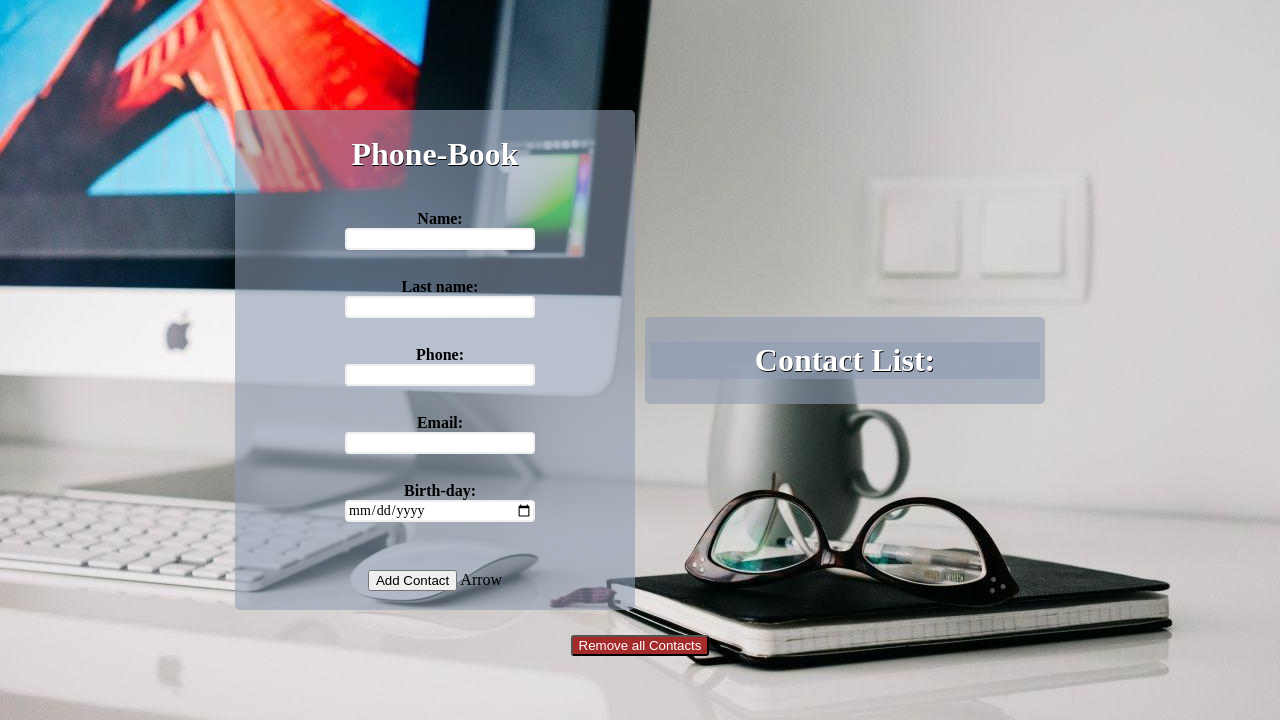
Repository: STA1357/Phone-book
Page: Inner.html
An editor plug-in stored every save of this project. The page is shown before and after the next save, followed by the edit.
The browser window is 1280 px wide. The pictures show the whole page.

Above is the page before, as saved 2020-12-12 17:37:37.

### Inner.html
<!DOCTYPE html>
<html lang="en">
<head>
    <meta charset="UTF-8">
    <meta name="viewport" content="width=device-width, initial-scale=1.0">
    <title>Phone Book</title>
    <link rel="stylesheet" href="./styles.css">
    <script src="./app.js"></script>
</head>
<body>
    <form action="#" method="POST" id="form" class="form">

        <header>
            <div class="header-title">
                <h1>Phone-Book</h1>
            </div>
        </header>

        <main>
            <div class="container">

                <div class="form-control">
                <label for="name">Name:</label>
                <input type="text" class="form-input" id="nameInput">
                <small>Field is required</small>
                </div>

                <div class="form-control">
                <label for="lname">Last name:</label>
                <input type="text" class="form-input" id="lnameInput">
                <small>Field is required</small>
                </div>

                <div class="form-control">
                <label for="tel">Phone:</label>
                <input type="text" class="form-input" id="telInput" class="tellinput">
                <small>Field is required</small>
                </div>


                <div class="form-control">
                <label for="email">Email:</label>
                <input type="email" class="form-input" id="emailInput">
                <small>Field is required</small>
                </div>


                <div class="form-control">
                <label for="birthname">Birth-day:</label>
                <input type="date" class="form-input" id="birthInput">
                <small>Field is required</small>
                </div>

            </div>

        </main>

        <div class="btn">
        <button type="submit" id="btnAdd">Add Contact</button>
        <a class="arrow">Arrow</a>
    </div>
    </form>
<div class="list-container">
    <h2 class="listTitle">Contact List:</h2>
    <ul id="users"></ul>
</div>

<div class="clearBook">
    <button id="clearBookBtn" class="clearBookBtn" onclick="removeAll()">Remove all Contacts</button>
</div>

</body>
</html>

### styles.css
*{
    box-sizing: border-box;

}

body{
    display: flex;
    flex-direction: row;
    align-items: center;
    justify-content: center;
    min-height: 100vh;
    margin: 0;
    background: url("./wp3990421-office-wallpapers.jpg") no-repeat fixed center center;
    background-size: cover;
}

.header-title{
    color: white;
    text-shadow: 0.5px 0.5px black;
}

form{
    max-height: 500px;
    background-color: rgba(144, 156, 179, 0.589);
    width: 400px;
    max-width: 100%;
    margin-right: 10px;
    text-align: center;
    border-radius: 5px;
    position: relative;
}

main{
    margin-left: 25%;
}

.container{
    text-align: center;
    display: block;
    width: 70%;
}

.list-container{
    background-color: rgba(144, 156, 179, 0.589);
    width: 400px;
    max-width: 100%;
    page-break-after: 30px 40px;
    border-radius: 5px;
    max-height: 500px;
    overflow: auto;
}

.listTitle{
    color: white;
    text-shadow: 0.7px 0.7px black;
    font-size: 32px;
    margin-top: 20px;
    margin-bottom: 20px;
    position: sticky;
    top: 20px;
    background-color: rgba(144, 156, 179, 0.589);
}

.titleLi{
    color: rgb(15, 87, 129);
    text-shadow: 0.5px 0.5px black;
    font-size: 22px;
}

.infoList{
    color: black;
    font-size: 18px;
}

h2{
    text-align: center;
}

label{
    font-weight: bold;
}

.form-control input {
	border: 2px solid #f0f0f0;
	border-radius: 4px;
	display: block;
	font-family: inherit;
	font-size: 14px;

	width: 100%;
}


.btn{
    padding: 20px 0;
}


.selected{
    background-color: skyblue;
    color: black;
    text-shadow: 0.5px 0.5px grey;
}

.deleteBtn::before{
    color: brown;
    content: "delete";
    font-weight: bold;
}

.deleteAll::before{
    color: brown;
    content: "delete";
}

div{
    padding: 5px;
}

li{
    font-weight: bold;
    font-style: italic;
}

.clearBook{
    display: block;
    position: fixed;

}

.clearBookBtn{
    margin-top: 570px;
    background-color: brown;
    color: white;
    border-radius: 3px;
}

.form-control.success input{
    border-color: rgb(18, 206, 18);
}

.form-control.error input{
    border-color: rgb(224, 68, 68);
}


.form-control small {
	color: rgb(224, 68, 68);
	bottom: 0;
	left: 0;
	visibility: hidden;
}

.form-control.error small{
    visibility: visible;
}

.active {
    background-color: gray;
}

### app.js
// compare dates = new Date(date value from contact).toDateString() === new Date().toDateString()

window.onload = function() {
    const localKey = 'contactsCollection';
    const form = document.querySelector('form');
    const list = document.getElementById('users');
    const userName = document.getElementById('nameInput');
    const userLname = document.getElementById('lnameInput');
    const userTel = document.getElementById('telInput');
    const userEmail = document.getElementById('emailInput');
    const userBirth = document.getElementById('birthInput');

    let contactsList = getContacts();
    let activeContact = {};

    generateContactList();
    compareDates();

    function compareDates() {
        const today = new Date().toDateString();
        const todayBirthDays = contactsList.filter(({ birthDay }) => new Date(birthDay).toDateString() === today);
        if (todayBirthDays.length) {
            console.log(todayBirthDays);
        }
    }
    //validation
    form.addEventListener('submit', (e) => {
        e.preventDefault();
        if (validateForm()) {
            const contact = {
                id: Object.keys(activeContact).length ? activeContact.id : getId(),
                name: userName.value,
                lastName: userLname.value,
                phone: userTel.value,
                mail: userEmail.value,
                birthDay: userBirth.value
            }
            if (Object.keys(activeContact).length) {
                updateContact(contact);
                setActiveContact({});
            } else {
                recordContact(contact);
            }
        }
    })

    function setErrorFor (input) {
        const formControl = input.parentElement;
        formControl.classList.add("error");
    }

    function removeError(input) {
        const formControl = input.parentElement;
        formControl.classList.remove("error");
    }

    function isValidField(field) {
        const valid = !!field.value.trim();
        if (!valid) {
            setErrorFor(field);
        } else {
            removeError(field);
        }
        return valid;
    }

    function validateForm() {
        const validateFields = document.querySelectorAll('.form-input');
        const validFields = [];
        validateFields.forEach(field => validFields.push(isValidField(field)));
        return !validFields.some(valid => !valid);
    }

    function getContacts() {
        const res = localStorage.getItem(localKey);
        return res ? JSON.parse(res) : [];
    }

    function setToStorage(data) {
        localStorage.setItem(localKey, data);
    }

    function updateContactList(newList) {
        const string = JSON.stringify(newList);
        contactsList = newList;
        setToStorage(string);
        generateContactList();
    }

    function recordContact(newContact) {
        updateContactList([...contactsList, newContact])
    }

    function updateContact(newData) {
        contactsList = contactsList.map(contact => contact.id === newData.id ? newData : contact);
        updateContactList(contactsList);
    }

    function deleteContact(removeId) {
        contactsList = contactsList.filter(({ id }) => id !== removeId);
        updateContactList(contactsList);
    }

    function switchButtonTitle(){
        const switchButton = document.getElementById('btnAdd');
        switchButton.innerText = "Update";
    }

    function setActiveContact(contact) {
        activeContact = contact;
        const contacts = document.querySelectorAll('.contact-item');
        const { id = "", name = "", lastName = "", phone = "", mail = "", birthDay = "" } = contact;
            contacts.forEach((contact) => {
                if (contact.id === `contact-${id}`) {
                    contact.classList.add('active');
                } else {
                    contact.classList.remove('active');
                    switchButtonTitle();
                }
            })
            userName.value = name;
            userLname.value = lastName;
            userTel.value = phone;
            userEmail.value = mail;
            userBirth.value = birthDay;
    }

    function generateContactList() {
        const fragment = document.createDocumentFragment();
        contactsList.forEach((contact) => {
            const { id, name, lastName, phone, mail, birthDay } = contact;
            const container = document.createElement('div');

            container.onclick = () => setActiveContact(contact);
            container.id = `contact-${id}`;
            container.className = 'contact-item';
            const title = document.createElement('li');
            title.className = 'titleLi'
            title.innerText = `${name} ${lastName}`;

            const infoList = document.createElement('b');
            infoList.className = 'infoList'
            infoList.innerText = `${phone}
            ${mail}
            ${birthDay}`;
            // phonesList.innerText = phones.join(' ');
            container.appendChild(title);
            container.appendChild(infoList);
            const deleteBtn = document.createElement('button');
            deleteBtn.className = 'deleteBtn'
            container.appendChild(deleteBtn);
            deleteBtn.addEventListener('mousedown', function (e) {
                e.preventDefault();
            })
            fragment.appendChild(container);

            deleteBtn.addEventListener('click', function (e) {
                deleteContact(id);
            })
            document.getElementById('nameInput').value = "";
            document.getElementById('lnameInput').value = "";
            document.getElementById('telInput').value = "";
            document.getElementById('emailInput').value = "";
            document.getElementById('birthInput').value = "";
        });


        list.innerHTML = '';
        list.appendChild(fragment);


    }

    function getId() {
        return '_' + Math.random().toString(36).substr(2, 9);
    };
}

function removeAll(){
    if(window.confirm("This action will remove all contacts. Are you sure?")){
        window.localStorage.clear();
        document.location.reload();
    }
}


function newFunction() {
    return document.getElementById('contactsCount');
}
//function move_up() {
//document.getElementById('list-container').scrollTop += 10;
//}

//function move_down() {
//document.getElementById('list-container').scrollTop -= 10;
//}

// const form = document.querySelector('form')
// const list = document.getElementById('users')
// const userName = document.getElementById('nameInput')
// const userLname = document.getElementById('lnameInput')
// const userTel = document.getElementById('telInput')
// const userEmail = document.getElementById('emailInput')
// const userBirth = document.getElementById('birthInput')
// const entry = document.createElement('li')


// function addUser() {
//     const list = document.getElementById('users')
//     const userName = document.getElementById('nameInput')
//     const userLname = document.getElementById('lnameInput')
//     const userTel = document.getElementById('telInput')
//     const userEmail = document.getElementById('emailInput')
//     const userBirth = document.getElementById('birthInput')
//     const entry = document.createElement('li')
//     entry.appendChild(document.createTextNode(userName.value + ' ' + userLname.value + ' '
//     + userTel.value + ' ' + userEmail.value + ' ' + userBirth.value))
//     list.appendChild(entry)
//     return false

// }

// let bookContacts = [];

// const addContacts = (ev) => {
//     ev.preventDefault();
//     let contact = {
//         name: document.getElementById('nameInput').value,
//         lname: userLname.value,
//         tel: userTel.value,
//         email: userEmail.value,
//         birthday: userBirth.value
//     }
//     bookContacts.push(contact);
//     document.forms[0].reset();
// }
// document.addEventListener('DomContentLoad', () =>{
//     document.getElementById('btnAdd').addEventListener('click',addContacts)
// })
// console.log(bookContacts);




/*class Person{
    constructor(options){
        this.name = options.name
        this.lname = options.lname
        this.tel = options.tel
        this.email = options.email
        this.birthday = options.birthday
    }
}

class User extends Person{
    static type = "User"
}

const user = new User({
    name: "",
    lname: "",
    tel: "",
    email:"",
    birthday:""
})


localStorage.setItem('userInfo', JSON.stringify(user));




const raw = localStorage.getItem('userInfo')
const userInfo = JSON.parse(raw)
userInfo.name = 'Maxim'

console.log(userInfo);*/

After the next save:
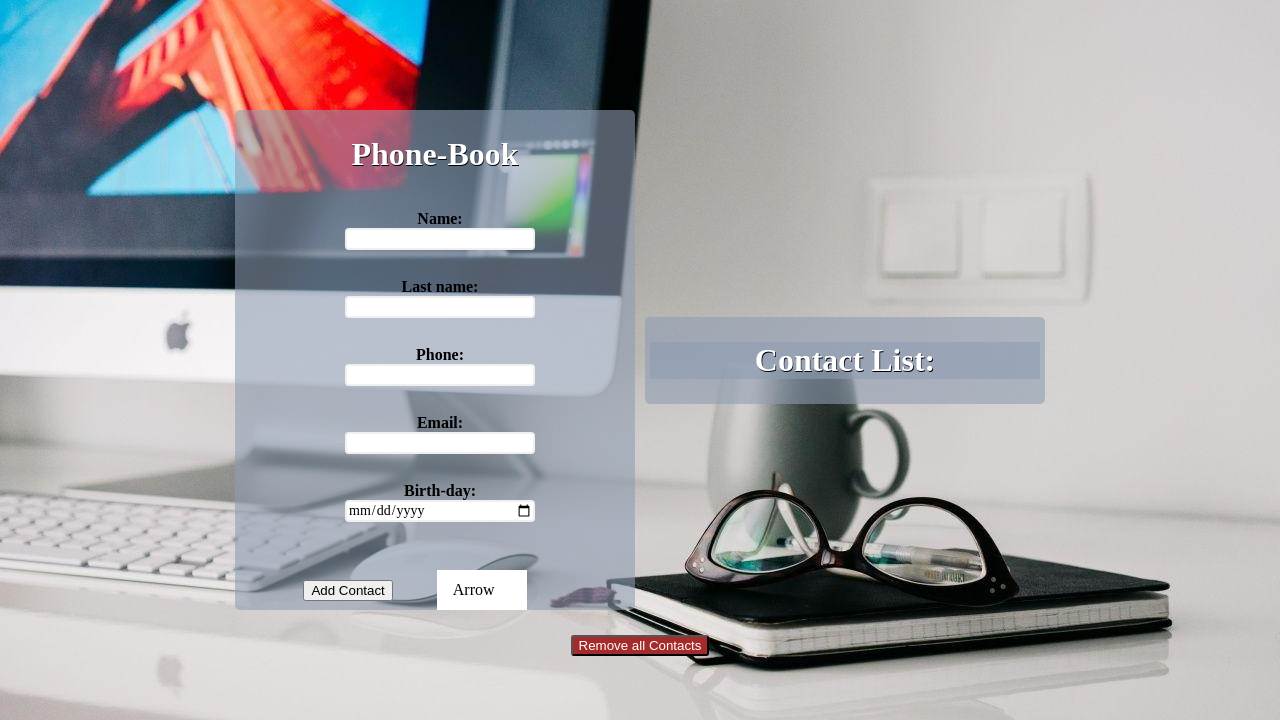
Saved 2 min 0 s later.
--- a/styles.css
+++ b/styles.css
@@ -89,7 +89,43 @@
 
 	width: 100%;
 }
+.arrow {
+    cursor: pointer;
+    display: inline-block;
+    height: 40px;
+    margin-left: 40px;
+    margin-right: 40px;
+    position: relative;
+    line-height: 2.5em;
+    padding-left: 1em;
+    padding-right: 2em;
+    background: white;
+    color: black;
+    &:after {
+    // triangle hover color
+    border-left: 20px solid white;
+    }
+}
 
+.arrow:after {
+    // the triangle
+    content: "";
+    position: absolute;
+    border-bottom: 20px solid transparent;
+    border-top: 20px solid transparent;
+    height: 0px;
+    width: 0px;
+    margin-right: -20px;
+    right: 0;
+}
+
+.arrow:hover, .arrow:active {
+    background: yellow;
+    color: black;
+    &:after {
+    border-left: 20px solid yellow;
+    }
+}
 
 .btn{
     padding: 20px 0;

After the save that followed:
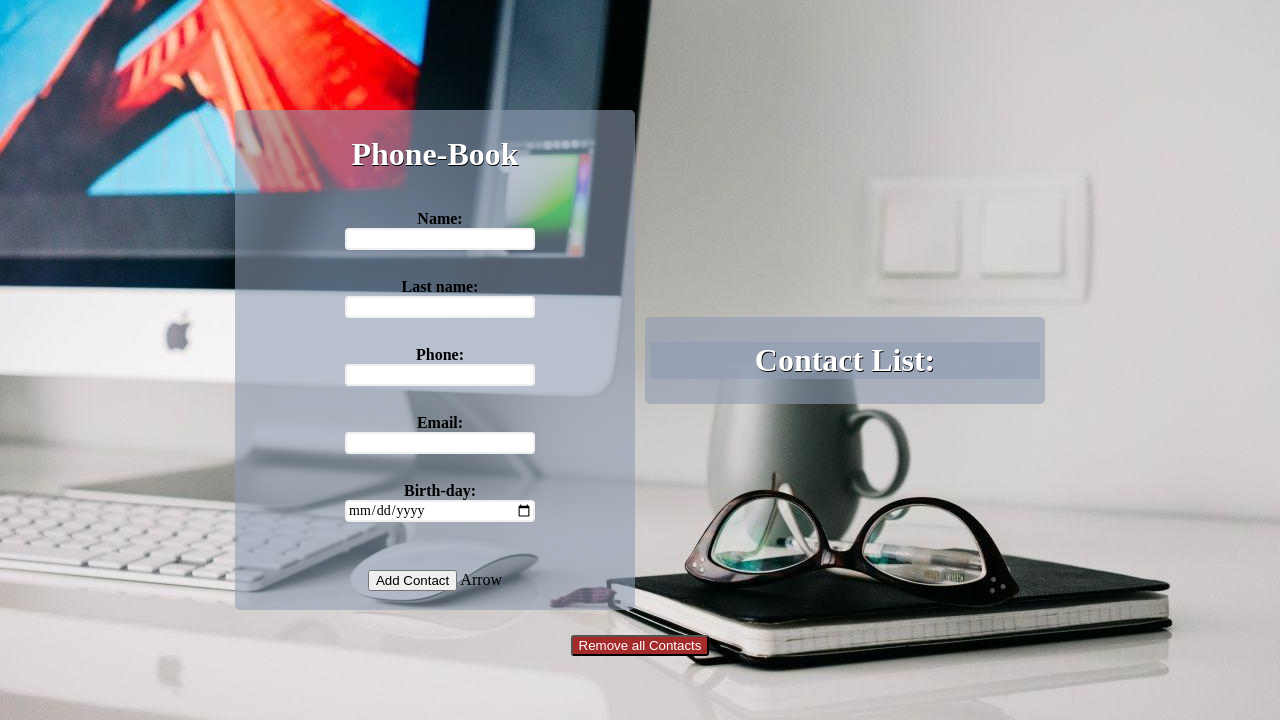
Saved 73 s later.
--- a/styles.css
+++ b/styles.css
@@ -89,42 +89,10 @@
 
 	width: 100%;
 }
-.arrow {
-    cursor: pointer;
-    display: inline-block;
-    height: 40px;
-    margin-left: 40px;
-    margin-right: 40px;
-    position: relative;
-    line-height: 2.5em;
-    padding-left: 1em;
-    padding-right: 2em;
-    background: white;
-    color: black;
-    &:after {
-    // triangle hover color
-    border-left: 20px solid white;
-    }
-}
 
-.arrow:after {
-    // the triangle
-    content: "";
-    position: absolute;
-    border-bottom: 20px solid transparent;
-    border-top: 20px solid transparent;
-    height: 0px;
-    width: 0px;
-    margin-right: -20px;
-    right: 0;
-}
-
-.arrow:hover, .arrow:active {
-    background: yellow;
-    color: black;
-    &:after {
-    border-left: 20px solid yellow;
-    }
+.img{
+    width: 20px;
+    height: 20px;
 }
 
 .btn{
